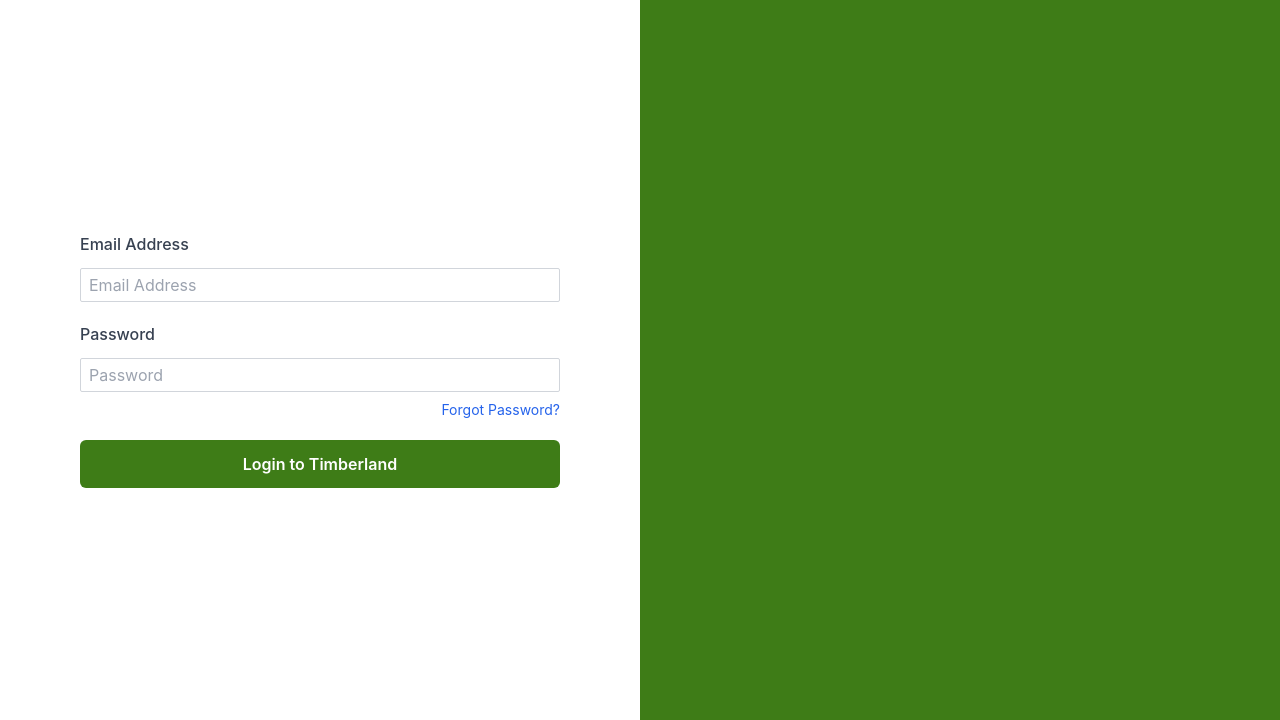
Repository: issah-gaisie/timber
Page: /
These files come from the project's save history. The page is drawn as it stood at one moment and after a run of saves; the edit follows.
The browser window is 1280 px wide. The pictures show the whole page.
The project was rebuilt for these pictures with package versions that can differ from the ones it lists, and the page was loaded fresh each time. Also part of the build but not shown: src/App.css, src/components/Signup.js, src/components/Signup/PersonalDetails.js, src/components/Signup/AddressInfo.js, src/components/Signup/ImageFiles.js, src/components/Signup/PasswordSent.js, src/components/PasswordReset.js.

Above is the page before, as saved 2022-03-07 07:38:42.

After the next 2 saves:
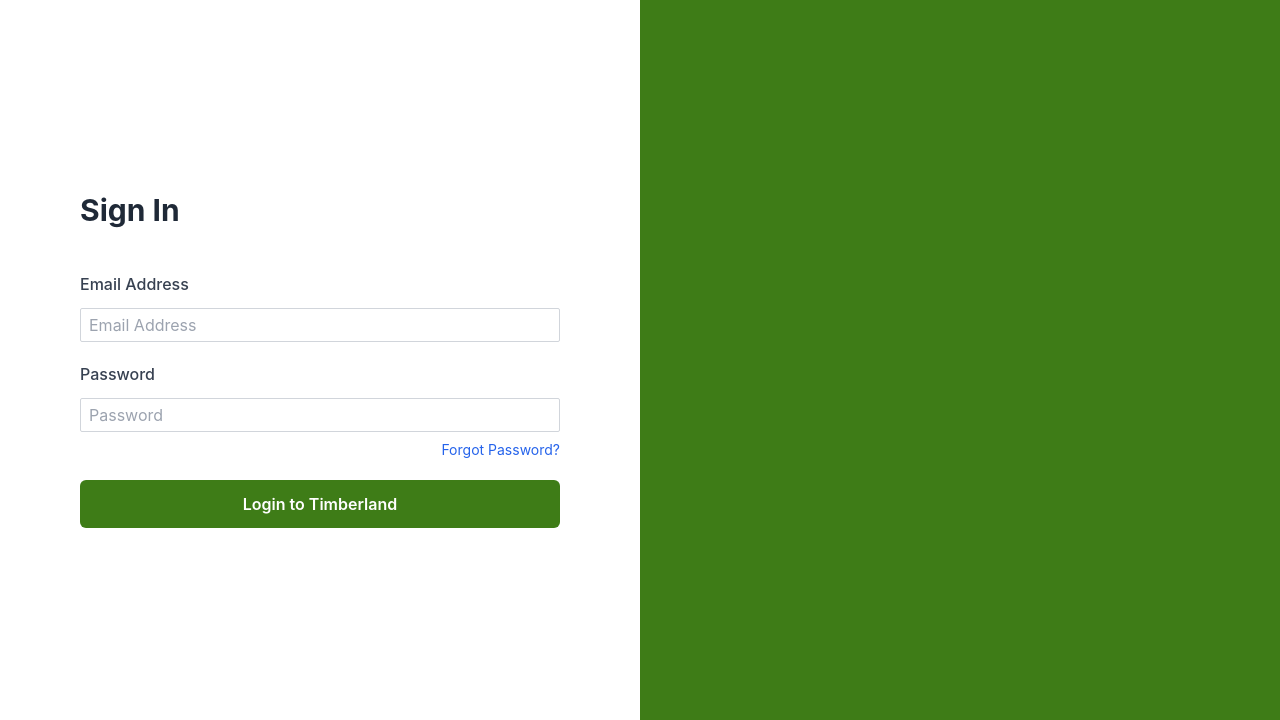
The 2 saves are shown as one change because they came seconds apart.
The last was saved 7 s later.
--- a/src/components/Login.js
+++ b/src/components/Login.js
@@ -29,6 +29,9 @@
       className="w-full  md:w-[30rem] flex flex-col space-y-5"
       onSubmit={handleSubmit}
     >
+      <h1 className="font-bold text-left w-full md:w-[30rem] text-gray-800 text-2xl md:text-3xl mb-6">
+        Sign In
+      </h1>
       <label className="block">
         <span className="block text-md font-medium text-gray-700 mb-3">
           Email Address
@@ -40,7 +43,12 @@
           Password
         </span>
         <Input placeholder="Password" type="password" />
-        <Link to="/password-reset" className="self-end text-sm text-blue-600 hover:underline mt-2 ">Forgot Password?</Link>
+        <Link
+          to="/password-reset"
+          className="self-end text-sm text-blue-600 hover:underline mt-2 "
+        >
+          Forgot Password?
+        </Link>
       </label>
       <button
         type="submit"
